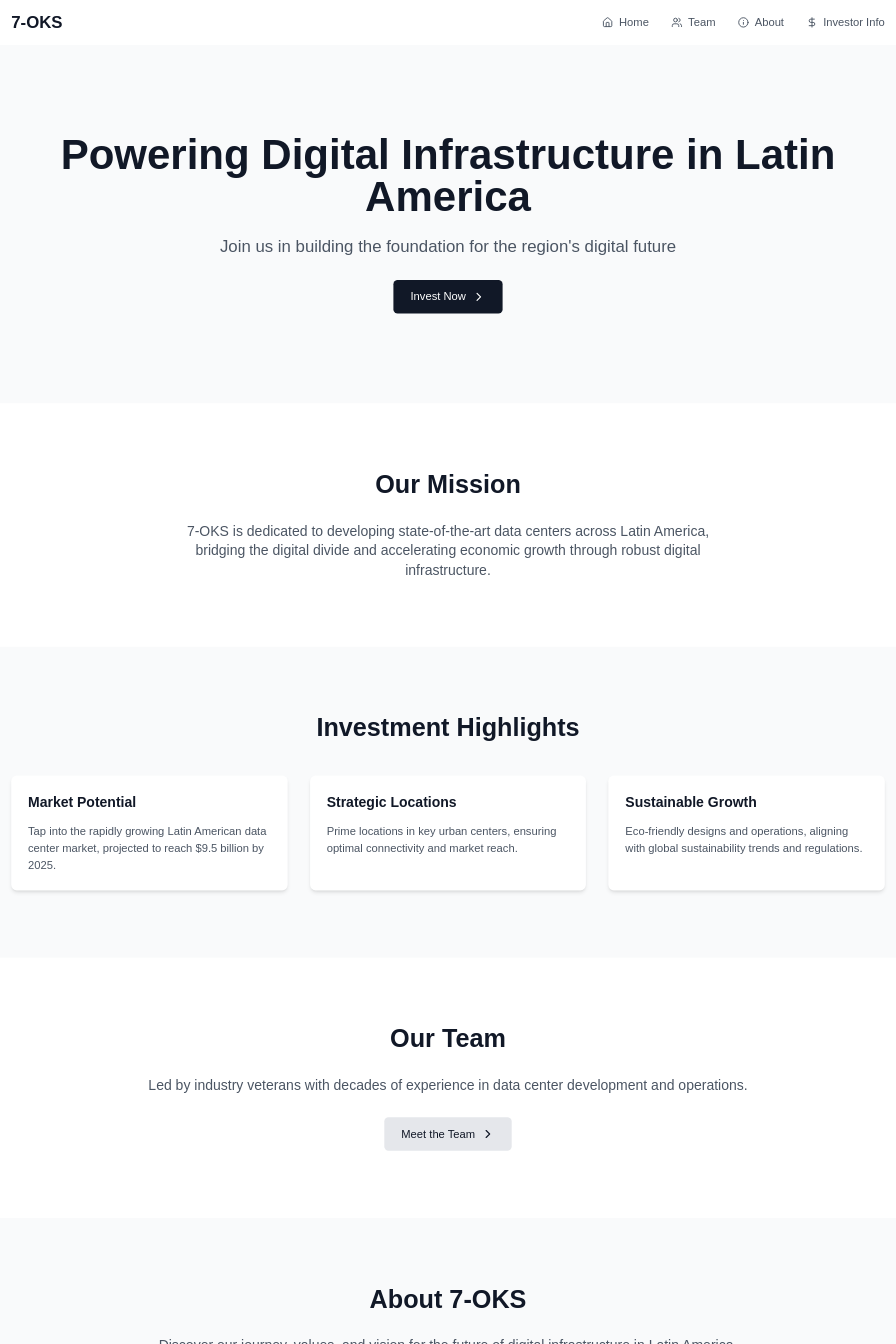
Repository: juanpasaflipz/investor-lp
Page: /
These files come from the project's save history. The page is drawn as it stood at one moment and after the next save; the edit follows.
The browser window is 1280 px wide. The pictures show the part of the page from y = 0 to 1920 px (the page is 3233 px tall), at 70% of full size.
The project was rebuilt for these pictures with package versions that can differ from the ones it lists, and the page was loaded fresh each time. The framework's server and built-in components were replaced by stand-ins that run in the browser. Also part of the build but not shown: next.config.mjs.

Above is the page before, as saved 2024-09-09 09:12:10.

After the next save:
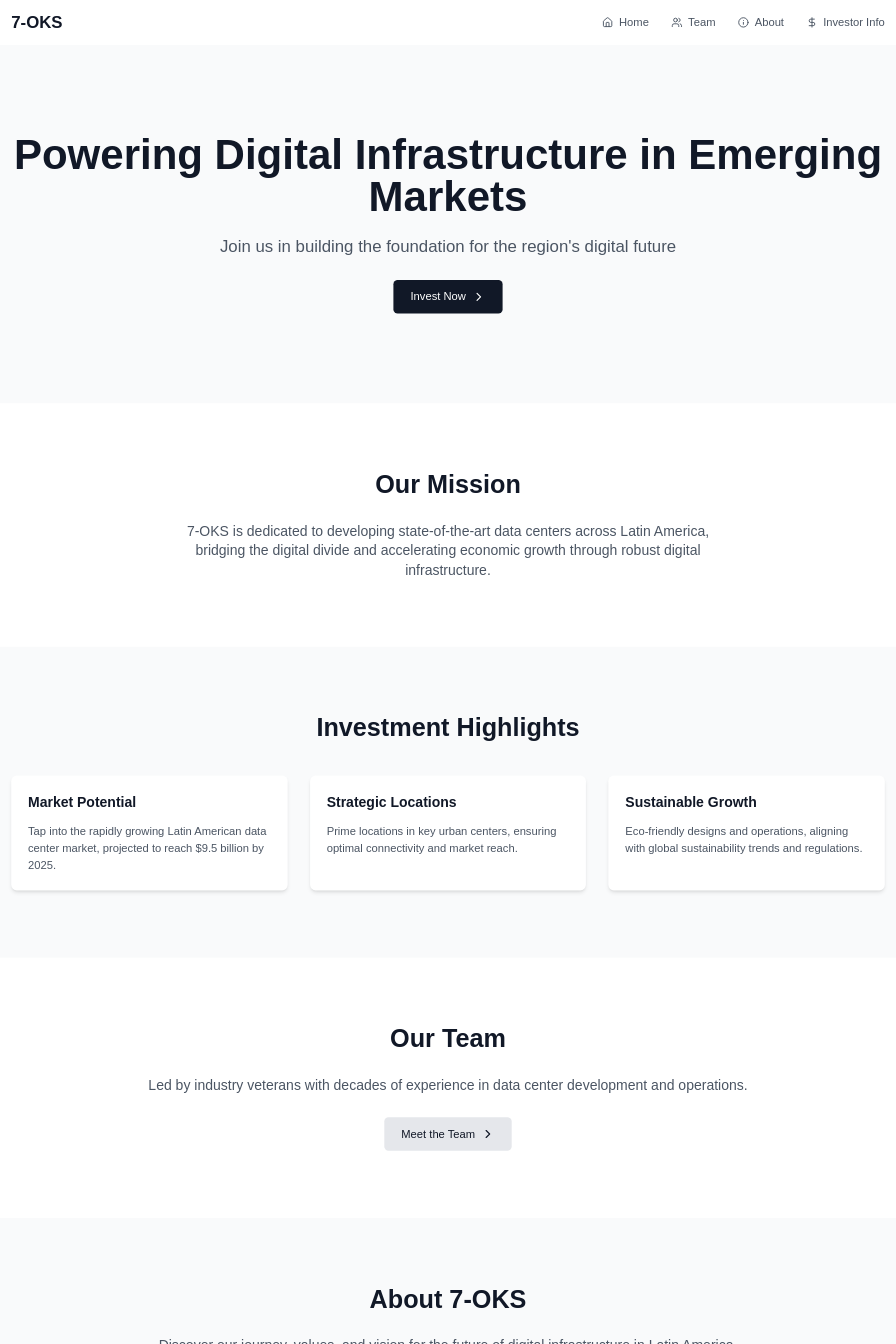
Saved 27 s later.
--- a/components/landing-page.tsx
+++ b/components/landing-page.tsx
@@ -38,7 +38,7 @@ export function LandingPage() {
         <section className="hero bg-gray-50 py-24 md:py-32">
           <div className="container mx-auto px-4 text-center">
             <h1 className="text-4xl md:text-6xl font-bold mb-6 leading-tight">
-              Powering Digital Infrastructure in Latin America
+              Powering Digital Infrastructure in Emerging Markets
             </h1>
             <p className="text-xl md:text-2xl text-gray-600 mb-8">
                 Join us in building the foundation for the region&apos;s digital future
